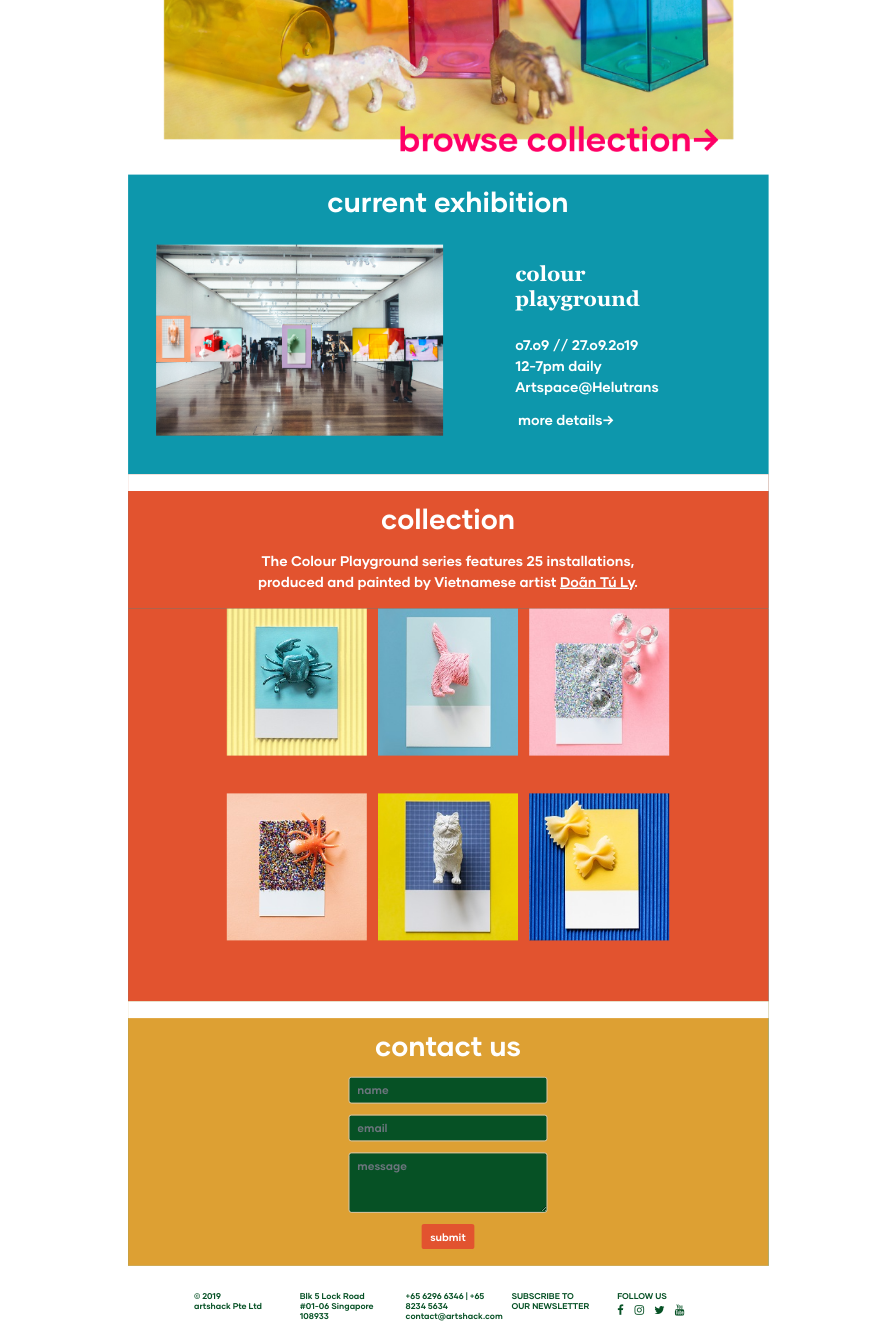
Repository: lynette-lyf/artshack
Page: index.html
The author's editor kept a record of every edit. The page is drawn from the files as they stood at one moment, then again after the next edit.
The browser window is 1280 px wide. The pictures show the part of the page from y = 638 to 2558 px (the page is 2543 px tall before and 2614 px after), at 70% of full size.

Above is the page before.

After the next edit:
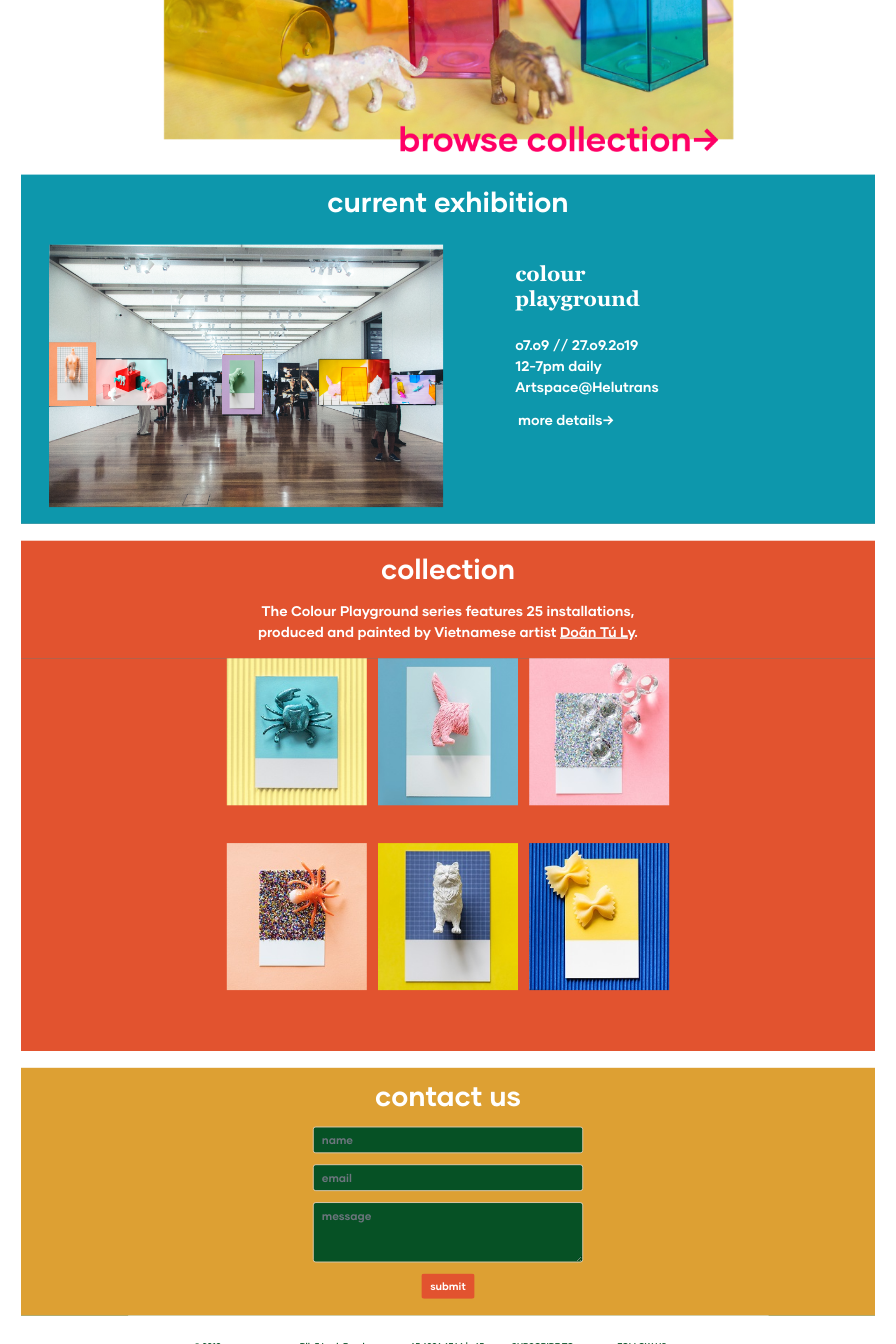
The edit:
--- a/index.html
+++ b/index.html
@@ -391,7 +391,7 @@
 
 <!--Current exhibition section-->
 
-          <div class="container-fluid-exhibition mt-3 w-75 mx-auto">
+          <div class="container-fluid-exhibition mt-3 mx-auto">
             <div class="row ">
               <div class="col text-center my-2 mx-3" id="current-exhibition">current exhibition</div>
             </div>
